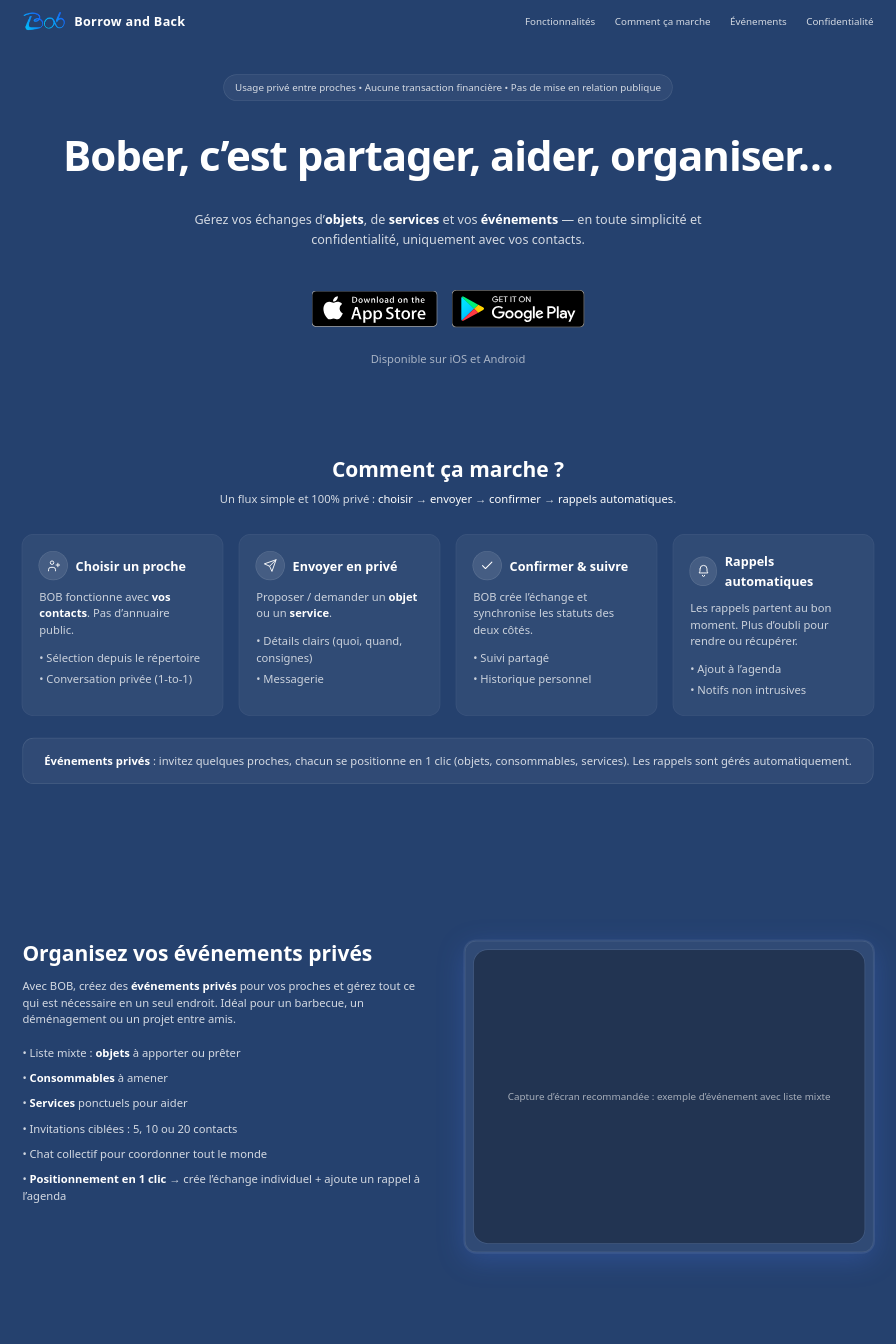
Repository: JeanCharlesMEILLAND/new-bob
Page: /
An editor plug-in stored every save of this project. The page is shown before and after the next save, followed by the edit.
The browser window is 1280 px wide. The pictures show the part of the page from y = 0 to 1920 px (the page is 3186 px tall before and 3298 px after), at 70% of full size.
The page's requests for data from a server got no answer. The project was rebuilt for these pictures with package versions that can differ from the ones it lists, and the page was loaded fresh each time. The framework's server and built-in components were replaced by stand-ins that run in the browser. No one was signed in, and anything a server would have sent is missing. Also part of the build but not shown: next.config.ts.

Above is the page before, as saved 2025-08-12 15:54:11.

### src/app/layout.tsx
import type { Metadata } from 'next'
import './globals.css'
import { inter, jakarta } from './fonts'
import Navbar from '@/components/Navbar'
import Footer from '@/components/Footer'
import Analytics from '@/components/Analytics'

const name = process.env.NEXT_PUBLIC_SITE_NAME || 'BOB'
const baseUrl = process.env.NEXT_PUBLIC_SITE_URL || 'https://new-bob.vercel.app'

export const metadata: Metadata = {
  metadataBase: new URL(baseUrl),
  title: `${name} — Échanges privés entre proches`,
  description:
    `${name} vous aide à prêter, emprunter et organiser des événements en privé avec vos contacts. ` +
    `Aucune transaction financière. Aucune mise en relation publique.`,
  alternates: { canonical: '/' },
  openGraph: {
    title: `${name} — Échanges privés entre proches`,
    description:
      `Gérez vos prêts d’objets, coups de main et événements avec vos proches — simplement et en toute confidentialité. ` +
      `Pas de paiements, pas d’annuaire public.`,
    url: baseUrl,
    siteName: name,
    images: [
      // Généré par app/opengraph-image.tsx (ci-dessous) + fallback static
      { url: '/api/og', width: 1200, height: 630, alt: `${name} — Aperçu` },
      { url: '/og.png', width: 1200, height: 630, alt: `${name} — Aperçu (fallback)` },
    ],
    locale: 'fr_FR',
    type: 'website',
  },
  twitter: {
    card: 'summary_large_image',
    title: `${name} — Échanges privés entre proches`,
    description: `Prêts d’objets & services entre contacts. Aucune transaction financière.`,
    images: ['/api/og', '/og.png'],
    site: '@', // ton handle si tu en as un
    creator: '@', // idem
  },
  robots: { index: true, follow: true },
}

export default function RootLayout({ children }: { children: React.ReactNode }) {
  return (
    <html lang="fr" className={`${inter.variable} ${jakarta.variable}`}>
      <body className="min-h-screen bg-[--bg] text-[--fg] antialiased">
        <Navbar />
        <main>{children}</main>
        <Footer />
        <Analytics />
      </body>
    </html>
  )
}

### src/app/page.tsx
import Hero from '@/components/sections/Hero'
import Features from '@/components/sections/Features'
import HowItWorks from '@/components/sections/HowItWorks'
import Testimonials from '@/components/sections/Testimonials'
import Events from '@/components/sections/Events'

export default function Page() {
  return (
    <>
      <Hero />
      <HowItWorks />
      <Events />
      <Features />
      <Testimonials />
    </>
  )
}

### src/app/globals.css
@import "tailwindcss";

:root {
  --bg: #25416E;
  --fg: #ffffff;
}

html, body {
  scroll-behavior: smooth;
  background: var(--bg);
  color: var(--fg);
}

/* === Tokens Tailwind v4 pour tes classes custom === */
@theme {
  /* Colors */
  --color-ink: #0f172a;
  --color-brand-50:  #f3f7ff;
  --color-brand-100: #e8efff;
  --color-brand-200: #cfe0ff;
  --color-brand-300: #a6c2ff;
  --color-brand-400: #7ba1ff;
  --color-brand-500: #4b7bff;
  --color-brand-600: #2f5df3;
  --color-brand-700: #2549c6;
  --color-brand-800: #1f3ca0;
  --color-brand-900: #0F55C5;

  /* Radius */
  --radius-xl2: 1.25rem; /* => rounded-xl2 */

  /* Shadows */
  --shadow-glow: 0 0 0 2px rgba(255,255,255,0.08),
                 0 10px 40px rgba(75,123,255,0.25); /* => shadow-glow */
}
.container-gutter {
  @apply mx-auto max-w-7xl px-6 md:px-8;
}

.section {
  @apply py-20 md:py-28;
}

.card {
  @apply rounded-2xl bg-white/5 ring-1 ring-white/10 backdrop-blur;
}

.gradient-text {
  background: linear-gradient(90deg, #0F55C5 0%, #22c55e 100%);
  -webkit-background-clip: text;
  -webkit-text-fill-color: transparent;
  background-clip: text;
  color: transparent;
}

.bg-grid {
  background-image: linear-gradient(to right, rgba(255,255,255,0.06) 1px, transparent 1px),
    linear-gradient(to bottom, rgba(255,255,255,0.06) 1px, transparent 1px);
  background-size: 24px 24px;
}

*:focus-visible {
  outline: 2px solid rgba(75,123,255,0.9);
  outline-offset: 2px;
}

### src/app/fonts.ts
import { Inter, Plus_Jakarta_Sans } from 'next/font/google'

export const inter = Inter({
  subsets: ['latin'],
  variable: '--font-inter',
  display: 'swap',
})

export const jakarta = Plus_Jakarta_Sans({
  subsets: ['latin'],
  variable: '--font-jakarta',
  display: 'swap',
})

### src/components/Navbar.tsx
'use client'

import { useState, useEffect } from 'react'
import Link from 'next/link'
import Image from 'next/image'
import Container from './ui/Container'
import { clsx } from 'clsx'

export default function Navbar() {
  const [scrolled, setScrolled] = useState(false)
  const [open, setOpen] = useState(false)
  const MENU_ID = 'mobile-nav'

  useEffect(() => {
    const onScroll = () => setScrolled(window.scrollY > 12)
    onScroll()
    window.addEventListener('scroll', onScroll)
    return () => window.removeEventListener('scroll', onScroll)
  }, [])

  // Ferme au resize et gère le scroll lock quand le menu est ouvert
  useEffect(() => {
    const close = () => setOpen(false)
    window.addEventListener('resize', close)
    return () => window.removeEventListener('resize', close)
  }, [])

  useEffect(() => {
    if (open) {
      const prev = document.body.style.overflow
      document.body.style.overflow = 'hidden'
      return () => {
        document.body.style.overflow = prev
      }
    }
  }, [open])

  return (
    <header
      className={clsx(
        'fixed inset-x-0 top-0 z-50 transition-all',
        scrolled ? 'bg-black/50 backdrop-blur ' : 'bg-transparent'
      )}
    >
      <Container className={clsx('flex items-center justify-between', scrolled ? 'py-3' : 'py-4')}>
        {/* Logo + texte */}
        <Link href="/" aria-label="Accueil" className="flex items-center gap-3">
          <Image
            src="/bob1.png"
            alt="Logo BOB"
            width={62}
            height={62}
            className=""
            priority
          />
        <div className="flex flex-col leading-tight">
            <span className="text-lg font-bold text-white tracking-wide">Borrow and Back</span>
          </div>
        </Link>

        {/* Nav desktop */}
        <nav aria-label="Navigation principale" className="hidden md:flex items-center gap-7 text-sm text-white/80">
          <a href="#features" className="hover:text-white">Fonctionnalités</a>
          <a href="#how" className="hover:text-white">Comment ça marche</a>
          <a href="#events" className="hover:text-white">Événements</a>
          <a href="#privacy" className="hover:text-white">Confidentialité</a>
        </nav>

        {/* Bouton menu mobile */}
        <button
          type="button"
          className="md:hidden inline-flex items-center justify-center rounded-xl2 px-3 py-2 ring-1 ring-white/10 bg-white/5 text-white/90"
          aria-label={open ? 'Fermer le menu' : 'Ouvrir le menu'}
          aria-controls={MENU_ID}
          aria-expanded={open}
          onClick={() => setOpen(v => !v)}
        >
          <span className="sr-only">Menu</span>
          <div className="space-y-1.5">
            <span className="block h-0.5 w-5 bg-white/90" />
            <span className="block h-0.5 w-5 bg-white/90" />
            <span className="block h-0.5 w-5 bg-white/90" />
          </div>
        </button>
      </Container>

      {/* Overlay + panneau mobile */}
      {/* Overlay sombre flouté pour lisibilité, sous la barre (z-40) */}
      <div
        className={clsx(
          'md:hidden fixed inset-0 z-40 transition-opacity',
          open ? 'opacity-100 pointer-events-auto' : 'opacity-0 pointer-events-none'
        )}
        onClick={() => setOpen(false)}
        aria-hidden={!open}
      >
        <div className="absolute inset-0 bg-black/70 backdrop-blur-sm" />
      </div>

      {/* Panneau du menu (sous la navbar), fond opaque pour lecture */}
      <div
        id={MENU_ID}
        className={clsx(
          'md:hidden fixed inset-x-0 top-0 z-50 pt-20', // pt-20 pour laisser la navbar visible
          open ? 'pointer-events-auto' : 'pointer-events-none'
        )}
      >
        <div
          className={clsx(
            'mx-4 rounded-2xl bg-neutral-900/95 ring-1 ring-white/10 shadow-lg transition-[max-height] duration-300 ease-out overflow-hidden',
            open ? 'max-h-96' : 'max-h-0'
          )}
        >
          <nav aria-label="Navigation mobile" className="flex flex-col gap-1 p-2 text-sm text-white/90">
            <a href="#features" onClick={() => setOpen(false)} className="rounded-lg px-3 py-3 hover:bg-white/5">
              Fonctionnalités
            </a>
            <a href="#how" onClick={() => setOpen(false)} className="rounded-lg px-3 py-3 hover:bg-white/5">
              Comment ça marche
            </a>
            <a href="#events" onClick={() => setOpen(false)} className="rounded-lg px-3 py-3 hover:bg-white/5">
              Événements
            </a>
            <a href="#privacy" onClick={() => setOpen(false)} className="rounded-lg px-3 py-3 hover:bg-white/5">
              Confidentialité
            </a>
          </nav>
        </div>
      </div>
    </header>
  )
}

### src/components/Footer.tsx
import Container from './ui/Container'

export default function Footer() {
  return (
    <footer className="border-t border-white/10 py-10 text-sm">
      <Container className="flex flex-col md:flex-row items-center justify-between gap-6 text-white/60">
        <p>© {new Date().getFullYear()} Bob App — Tous droits réservés.</p>
        <div className="flex items-center gap-6">
          <a href="/legal/terms" className="hover:text-white/90">CGU</a>
          <a href="/legal/privacy" className="hover:text-white/90">Vie privée</a>
          <a href="mailto:hello@bobapp.fr" className="hover:text-white/90">Contact</a>
        </div>
      </Container>
    </footer>
  )
}

### src/components/Analytics.tsx
'use client'

import Script from 'next/script'

export default function Analytics() {
  const gaId = process.env.NEXT_PUBLIC_GA_ID
  if (!gaId) return null

  return (
    <>
      <Script
        src={`https://www.googletagmanager.com/gtag/js?id=${gaId}`}
        strategy="afterInteractive"
      />
      <Script id="ga" strategy="afterInteractive">
        {`
        window.dataLayer = window.dataLayer || [];
        function gtag(){dataLayer.push(arguments);}
        gtag('js', new Date());
        gtag('config', '${gaId}');
        `}
      </Script>
    </>
  )
}

### src/components/sections/Hero.tsx
// components/sections/Hero.tsx
import Image from 'next/image'
import Container from '@/components/ui/Container'

export default function Hero() {
  return (
    <section className="relative pt-28 pb-4"> {/* ↓ avant pt-48, donc badge + haut */}
      {/* Fonds décoratifs */}
      <div className="absolute inset-0 -z-10 bg-hero-radial bg-no-repeat opacity-70" />
      <div className="absolute inset-0 -z-20 bg-grid opacity-[0.25] [mask-image:radial-gradient(circle at center,black,transparent_70%)]" />

      <Container className="text-center space-y-10">
        {/* Badge conformité */}
        <div className="-mt-6 inline-flex items-center gap-2 rounded-full border border-white/10 bg-white/5 px-4 py-2 text-sm text-white/80">
          Usage privé entre proches • Aucune transaction financière • Pas de mise en relation publique
        </div>

        {/* Titre principal */}
        <h1 className="text-5xl font-extrabold tracking-tight sm:text-6xl leading-tight">
          <span className="">Bober</span>, c’est partager, aider, organiser…
        </h1>

        {/* Sous-titre */}
        <p className="mx-auto max-w-3xl text-lg text-white/80 leading-relaxed">
          Gérez vos échanges d’<strong className="text-white">objets</strong>, de{' '}
          <strong className="text-white">services</strong> et vos{' '}
          <strong className="text-white">événements</strong>  — en toute simplicité et confidentialité,
          uniquement avec vos contacts.
        </p>

        {/* Badges stores */}
        <div id="download" className="flex flex-wrap items-center justify-center gap-5 pt-4">
          <a
            href="https://apps.apple.com/app/idXXXXXXXXX"
            aria-label="Télécharger BOB sur l’App Store"
            className="inline-flex"
            target="_blank" rel="noopener noreferrer"
          >
            <Image src="/app-badges/appstore.svg" alt="Disponible sur l’App Store" width={180} height={54} priority />
          </a>
          <a
            href="https://play.google.com/store/apps/details?id=com.bobapp"
            aria-label="Télécharger BOB sur Google Play"
            className="inline-flex"
            target="_blank" rel="noopener noreferrer"
          >
            <Image src="/app-badges/playstore.svg" alt="Disponible sur Google Play" width={190} height={54} priority />
          </a>
        </div>

        {/* Légende rapprochée */}
        <p className="text-base text-white/60 -mt-2">Disponible sur iOS et Android</p>

      </Container>
    </section>
  )
}

### src/components/sections/Testimonials.tsx
import Container from '../ui/Container'

const TESTIMONIALS = [
  {
    name: 'Sarah, présidente d’asso',
    text: 'On a évité l’achat de matériel en doublon. L’interface est simple et tout le monde s’y retrouve.',
  },
  {
    name: 'Karim, voisinage',
    text: 'On se prête outillage et jeux pour les enfants. Les rappels évitent les oublis.',
  },
  {
    name: 'Élodie, RH',
    text: 'Parfait pour animer un collectif interne sur plusieurs sites. Traçabilité légère mais suffisante.',
  },
]

export default function Testimonials() {
  return (
    <section id="testimonials" className="section pt-12 md:pt-16">
      <Container>
        <h2 className="text-3xl font-bold">Ils en parlent</h2>
        <div className="mt-8 grid gap-6 md:grid-cols-3">
          {TESTIMONIALS.map((t) => (
            <figure key={t.name} className="card p-6">
              <blockquote className="text-white/90">&ldquo;{t.text}&rdquo;</blockquote>
              <figcaption className="mt-4 text-white/60">— {t.name}</figcaption>
            </figure>
          ))}
        </div>
      </Container>
    </section>
  )
}

### src/components/sections/Events.tsx
// components/sections/Events.tsx
import Container from '@/components/ui/Container'
import Image from 'next/image'

export default function Events() {
  return (
    <section id="events" className="section">
      <Container>
        <div className="grid items-start gap-12 lg:grid-cols-2">
          {/* Texte explicatif */}
          <div>
            <h2 className="text-3xl font-bold">
              Organisez vos événements privés
            </h2>
            <p className="mt-4 text-white/80">
              Avec BOB, créez des <strong className="text-white">événements privés</strong> pour vos proches et gérez
              tout ce qui est nécessaire en un seul endroit. Idéal pour un barbecue, un déménagement ou un projet entre amis.
            </p>
            <ul className="mt-6 space-y-3 text-white/80">
              <li>• Liste mixte : <strong className="text-white">objets</strong> à apporter ou prêter</li>
              <li>• <strong className="text-white">Consommables</strong> à amener</li>
              <li>• <strong className="text-white">Services</strong> ponctuels pour aider</li>
              <li>• Invitations ciblées : 5, 10 ou 20 contacts</li>
              <li>• Chat collectif pour coordonner tout le monde</li>
              <li>• <strong className="text-white">Positionnement en 1 clic</strong> → crée l’échange individuel + ajoute un rappel à l’agenda</li>
            </ul>
          </div>

          {/* Visuel placeholder */}
          <div className="rounded-2xl border border-white/10 bg-white/5 p-3 shadow-glow">
            <div className="aspect-[4/3] w-full rounded-xl2 bg-black/30 ring-1 ring-white/10 flex items-center justify-center text-white/60">
              <span className="text-sm text-center px-4">
                Capture d’écran recommandée : exemple d’événement avec liste mixte
              </span>
            </div>
          </div>
        </div>
      </Container>
    </section>
  )
}

### src/components/ui/Container.tsx
import clsx from "clsx"

export default function Container({
  children,
  className
}: {
  children: React.ReactNode
  className?: string
}) {
  return <div className={clsx('container-gutter', className)}>{children}</div>
}

Loaded but not shown: src/components/sections/HowItWorks.tsx (126 lines, source omitted); src/components/sections/Features.tsx (113 lines, source omitted)

After the next save:
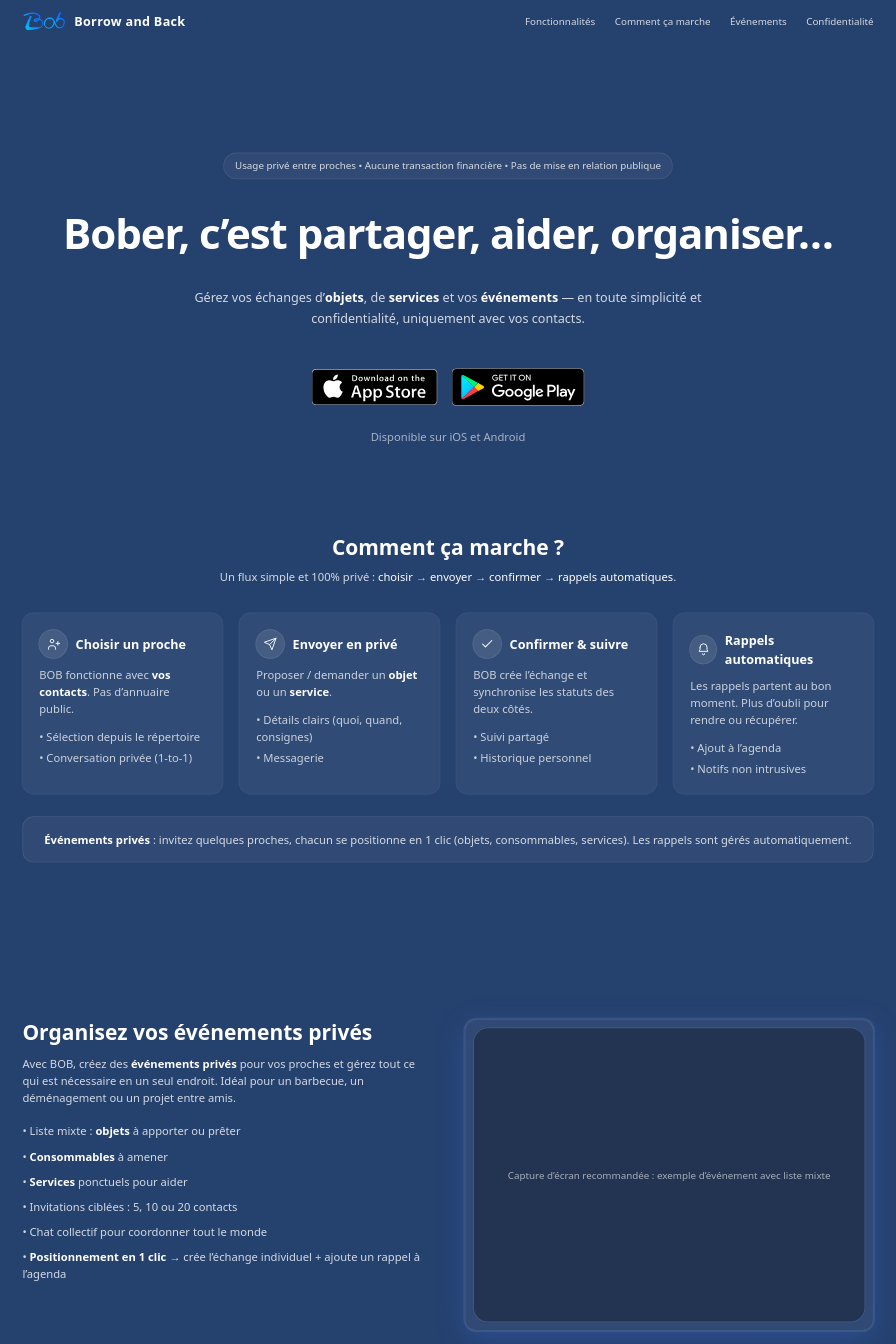
Saved 47 s later.
--- a/src/components/sections/Hero.tsx
+++ b/src/components/sections/Hero.tsx
@@ -9,7 +9,7 @@
       <div className="absolute inset-0 -z-10 bg-hero-radial bg-no-repeat opacity-70" />
       <div className="absolute inset-0 -z-20 bg-grid opacity-[0.25] [mask-image:radial-gradient(circle at center,black,transparent_70%)]" />
 
-      <Container className="text-center space-y-10">
+      <Container className="text-center pt-28 space-y-10">
         {/* Badge conformité */}
         <div className="-mt-6 inline-flex items-center gap-2 rounded-full border border-white/10 bg-white/5 px-4 py-2 text-sm text-white/80">
           Usage privé entre proches • Aucune transaction financière • Pas de mise en relation publique

After the save that followed:
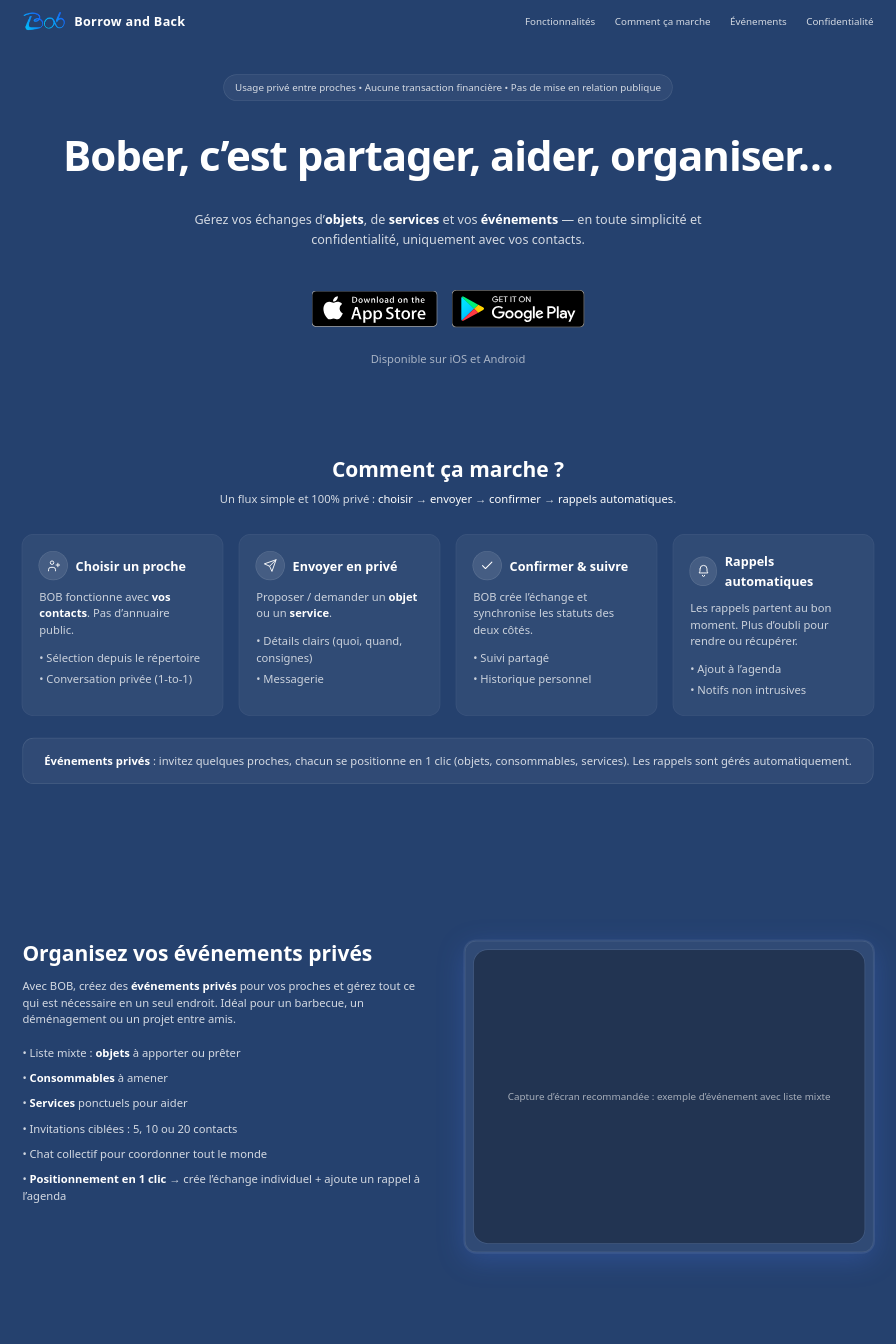
Saved 8 s later.
--- a/src/components/sections/Hero.tsx
+++ b/src/components/sections/Hero.tsx
@@ -9,7 +9,7 @@
       <div className="absolute inset-0 -z-10 bg-hero-radial bg-no-repeat opacity-70" />
       <div className="absolute inset-0 -z-20 bg-grid opacity-[0.25] [mask-image:radial-gradient(circle at center,black,transparent_70%)]" />
 
-      <Container className="text-center pt-28 space-y-10">
+      <Container className="text-center  space-y-10">
         {/* Badge conformité */}
         <div className="-mt-6 inline-flex items-center gap-2 rounded-full border border-white/10 bg-white/5 px-4 py-2 text-sm text-white/80">
           Usage privé entre proches • Aucune transaction financière • Pas de mise en relation publique
